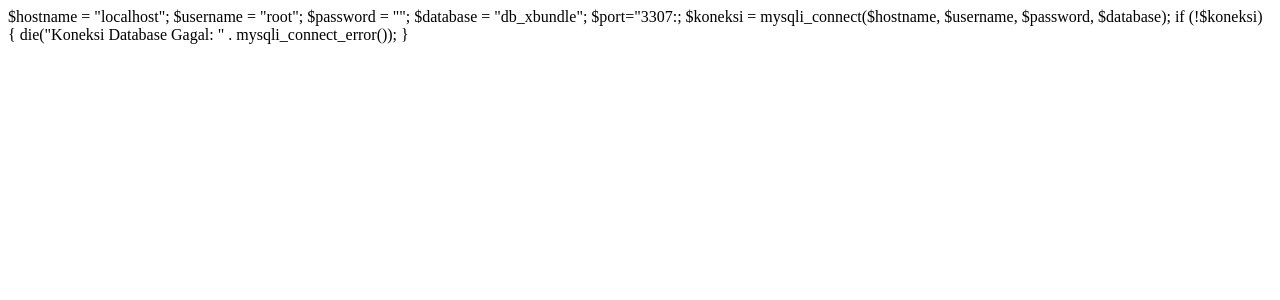
Repository: SultanBani/TUBES_PRK_PEMWEB_2025
Page: http://localhost/TUBES_PRK_PEMWEB_2025/kelompok/kelompok_18/config/koneksi.php
These files come from the project's save history. The page is drawn as it stood at one moment and after the next save; the edit follows.
The browser window is 1280 px wide. The pictures show the whole page.
The page is run by PHP 8.4 with error messages shown; the project is at /var/www/html/.

Above is the page before, as saved 2025-12-05 19:26:08.

### kelompok/kelompok_18/config/koneksi.php
$hostname = "localhost";
$username = "root";
$password = "";
$database = "db_xbundle";
$port="3307:;

$koneksi = mysqli_connect($hostname, $username, $password, $database);

if (!$koneksi) {
    die("Koneksi Database Gagal: " . mysqli_connect_error());
}

After the next save:
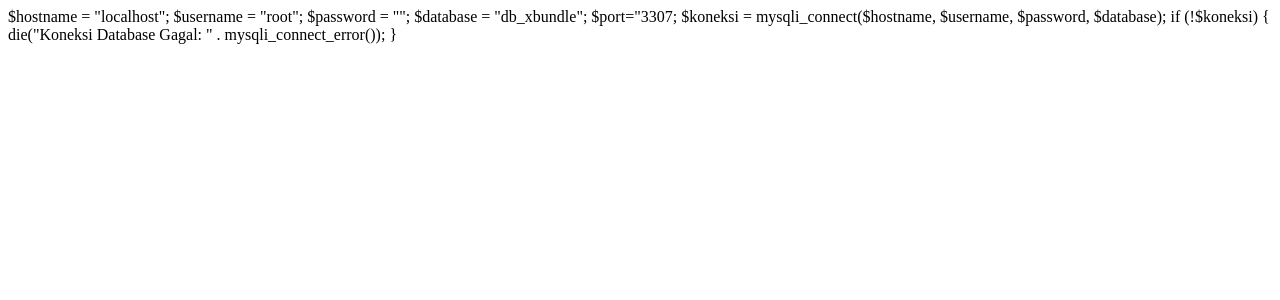
Saved 51 s later.
--- a/kelompok/kelompok_18/config/koneksi.php
+++ b/kelompok/kelompok_18/config/koneksi.php
@@ -2,7 +2,7 @@ $hostname = "localhost";
 $username = "root";
 $password = "";
 $database = "db_xbundle";
-$port="3307:;
+$port="3307;
 
 $koneksi = mysqli_connect($hostname, $username, $password, $database);
 
